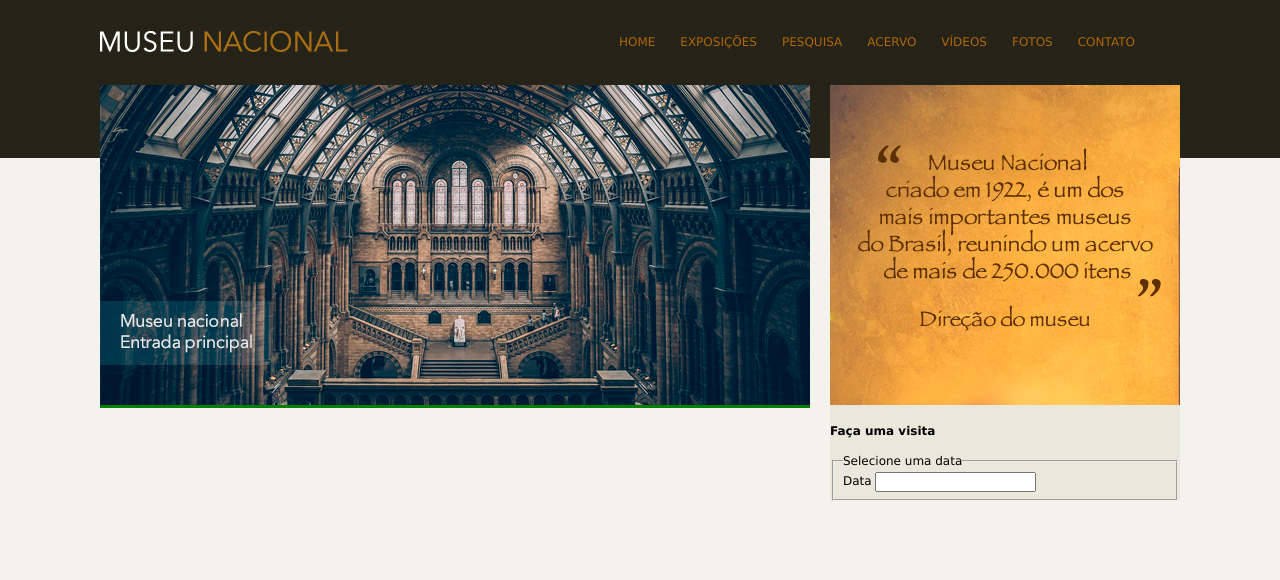
Repository: GustavoScopinho/Museu-Nacional
Page: index.html
The author's editor kept a copy of each file at every save. The page is drawn from the files as they stood at one save, then again after the next save.
The browser window is 1280 px wide. The pictures show the whole page.

Above is the page before, as saved 2022-07-05 01:09:40.

After the next save:
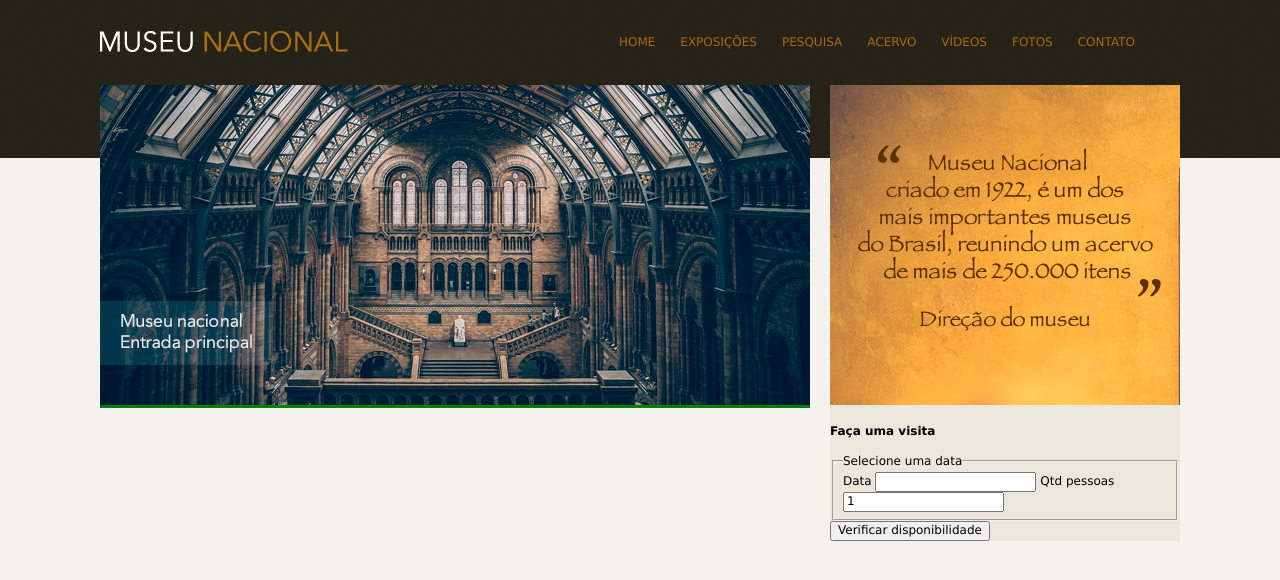
Saved 108 s later.
--- a/index.html
+++ b/index.html
@@ -42,13 +42,19 @@
 
       <section id="visita">
         <h4>Faça uma visita</h4>
-        <form>
-          <fieldset>
-              <legend>Selecione uma data</legend>
-              <label for="data" > Data</label>
-              <input type="text" id="data">
-          </fieldset>
-        </form>
+          <form>
+            <fieldset>
+                <legend>Selecione uma data</legend>
+
+                <label for="data" > Data</label>
+                <input type="text" id="data">
+
+                <label for="qtd" >Qtd pessoas</label>
+                <input type="text" id="qtd" value="1">
+
+            </fieldset>
+            <input type="submit" value="Verificar disponibilidade">
+          </form>
       </section>
 
       </aside>
